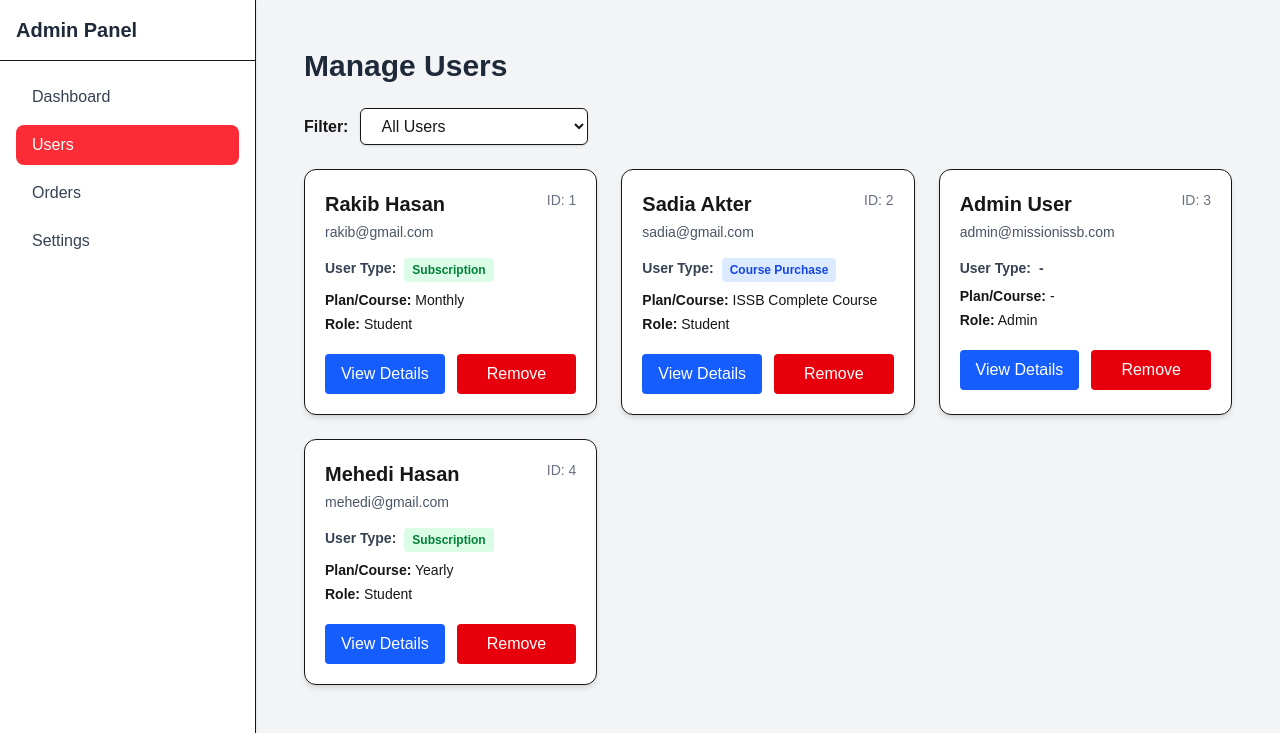
Repository: mdmuhibullahhabib/missionissb
Page: /admin/users
An editor plug-in stored every save of this project. The page is shown before and after the next save, followed by the edit.
The browser window is 1280 px wide. The pictures show the whole page.
The project was rebuilt for these pictures with package versions that can differ from the ones it lists, and the page was loaded fresh each time. The framework's server and built-in components were replaced by stand-ins that run in the browser. Also part of the build but not shown: next.config.mjs, components/shared/Footer.jsx, components/user/UserDrawerMenu.jsx, components/shared/Navbar.jsx.

Above is the page before, as saved 2025-12-09 23:31:52.

### app/layout.js
import { Geist, Geist_Mono } from 'next/font/google'
import './globals.css'
import Footer from '@/components/shared/Footer'
import Navbar from '@/components/shared/Navbar'
import NextAuthProvider from './providers/NextAuthProvider'
import LayoutWrapper from '@/components/LayoutWrapper'

const geistSans = Geist({
  variable: '--font-geist-sans',
  subsets: ['latin']
})

const geistMono = Geist_Mono({
  variable: '--font-geist-mono',
  subsets: ['latin']
})

export const metadata = {
  title: 'Mission ISSB',
  description: 'Generated by create next app'
}

export default function RootLayout({ children }) {
  return (
    <html lang='en' suppressHydrationWarning={true}>
      <body
        className={`${geistSans.variable} ${geistMono.variable} antialiased`}
      >
        <NextAuthProvider>

                    <LayoutWrapper>{children}</LayoutWrapper>


          {/* <Navbar />

          {children}

          <Footer /> */}
        </NextAuthProvider>
      </body>
    </html>
  )
}

### app/admin/layout.js
"use client";

import Link from "next/link";
import { usePathname } from "next/navigation";

export default function AdminLayout({ children }) {
  const pathname = usePathname();

  const menuItems = [
    { name: "Dashboard", path: "/admin/dashboard" },
    { name: "Users", path: "/admin/users" },
    { name: "Orders", path: "/admin/orders" },
    { name: "Settings", path: "/admin/settings" },
  ];

  return (
    <div className="flex min-h-screen bg-gray-100">
      {/* Sidebar */}
      <aside className="w-64 bg-white border-r shadow-sm hidden md:block">
        <div className="p-4 border-b">
          <h1 className="text-xl font-bold text-gray-800">Admin Panel</h1>
        </div>
        <nav className="p-4 space-y-2">
          {menuItems.map((item) => (
            <Link
              key={item.path}
              href={item.path}
              className={`block px-4 py-2 rounded-lg font-medium ${
                pathname === item.path
                  ? "bg-red-500 text-white"
                  : "text-gray-700 hover:bg-gray-100"
              }`}
            >
              {item.name}
            </Link>
          ))}
        </nav>
      </aside>

      {/* Main content */}
      <main className="flex-1 p-6">
        {children}
      </main>
    </div>
  );
}

### app/admin/users/page.jsx
"use client";
import React, { useState } from "react";

const ManageUsers = () => {
  // Fake Users
  const usersData = [
    {
      id: 1,
      name: "Rakib Hasan",
      email: "rakib@gmail.com",
      type: "subscription",
      role: "student",
      plan: "Monthly",
    },
    {
      id: 2,
      name: "Sadia Akter",
      email: "sadia@gmail.com",
      type: "course",
      role: "student",
      plan: "ISSB Complete Course",
    },
    {
      id: 3,
      name: "Admin User",
      email: "admin@missionissb.com",
      type: "none",
      role: "admin",
      plan: "-",
    },
    {
      id: 4,
      name: "Mehedi Hasan",
      email: "mehedi@gmail.com",
      type: "subscription",
      role: "student",
      plan: "Yearly",
    },
  ];

  const [filter, setFilter] = useState("all");

  const filteredUsers = usersData.filter((user) => {
    if (filter === "all") return true;
    if (filter === "subscription") return user.type === "subscription";
    if (filter === "course") return user.type === "course";
    if (filter === "student") return user.role === "student";
    return true;
  });

  return (
    <div className="p-6">
      <h1 className="text-3xl font-extrabold mb-6 text-gray-800">
        Manage Users
      </h1>

      {/* Filter Dropdown */}
      <div className="mb-6 flex items-center gap-3">
        <label className="font-semibold">Filter:</label>
        <select
          className="border px-4 py-2 rounded-md shadow-sm bg-white focus:ring-2 focus:ring-blue-500"
          value={filter}
          onChange={(e) => setFilter(e.target.value)}
        >
          <option value="all">All Users</option>
          <option value="subscription">Subscription Based</option>
          <option value="course">Course Purchase Based</option>
          <option value="student">Only Students</option>
        </select>
      </div>

      {/* USERS GRID (NO TABLE) */}
      <div className="grid grid-cols-1 sm:grid-cols-2 lg:grid-cols-3 gap-6">
        {filteredUsers.map((user) => (
          <div
            key={user.id}
            className="border rounded-xl bg-white shadow-md p-5 hover:shadow-lg transition-all"
          >
            <div className="flex justify-between items-start">
              <h2 className="text-xl font-bold">{user.name}</h2>
              <span className="text-sm text-gray-500">ID: {user.id}</span>
            </div>

            <p className="text-gray-600 text-sm mt-1">{user.email}</p>

            {/* USER TYPE TAG */}
            <div className="mt-4">
              <p className="text-sm font-semibold text-gray-700 flex gap-2">
                User Type:
                {user.type === "subscription" && (
                  <span className="text-green-700 bg-green-100 px-2 py-1 rounded text-xs font-bold">
                    Subscription
                  </span>
                )}
                {user.type === "course" && (
                  <span className="text-blue-700 bg-blue-100 px-2 py-1 rounded text-xs font-bold">
                    Course Purchase
                  </span>
                )}
                {user.type === "none" && <span>-</span>}
              </p>

              {/* Plan / Course */}
              <p className="text-sm mt-2">
                <span className="font-semibold">Plan/Course:</span> {user.plan}
              </p>

              {/* Role */}
              <p className="text-sm mt-1 capitalize">
                <span className="font-semibold">Role:</span> {user.role}
              </p>
            </div>

            {/* ACTION BUTTONS */}
            <div className="flex gap-3 mt-5">
              <button className="w-full py-2 rounded bg-blue-600 text-white hover:bg-blue-700 transition">
                View Details
              </button>
              <button className="w-full py-2 rounded bg-red-600 text-white hover:bg-red-700 transition">
                Remove
              </button>
            </div>
          </div>
        ))}
      </div>

      {filteredUsers.length === 0 && (
        <p className="text-center mt-8 text-gray-500">
          No users found for this filter.
        </p>
      )}
    </div>
  );
};

export default ManageUsers;

### app/providers/NextAuthProvider.jsx
"use client"
import { SessionProvider } from 'next-auth/react'
import React from 'react'

const NextAuthProvider = ({ children }) => {
    return <SessionProvider>{children}</SessionProvider>
}

export default NextAuthProvider;

### components/LayoutWrapper.jsx
"use client";

import { usePathname } from "next/navigation";
import Navbar from "./shared/Navbar";
import Footer from "./shared/Footer";

export default function LayoutWrapper({ children }) {
  const pathname = usePathname();
  const isAdmin = pathname.startsWith("/admin");
  const isAuth = pathname.startsWith("/auth");

  return (
    <>
      {!isAdmin && !isAuth && <Navbar />}

      <main>{children}</main>

      {!isAdmin && !isAuth && <Footer />}
    </>
  );
}

Loaded but not shown: app/globals.css (common file)

After the next save:
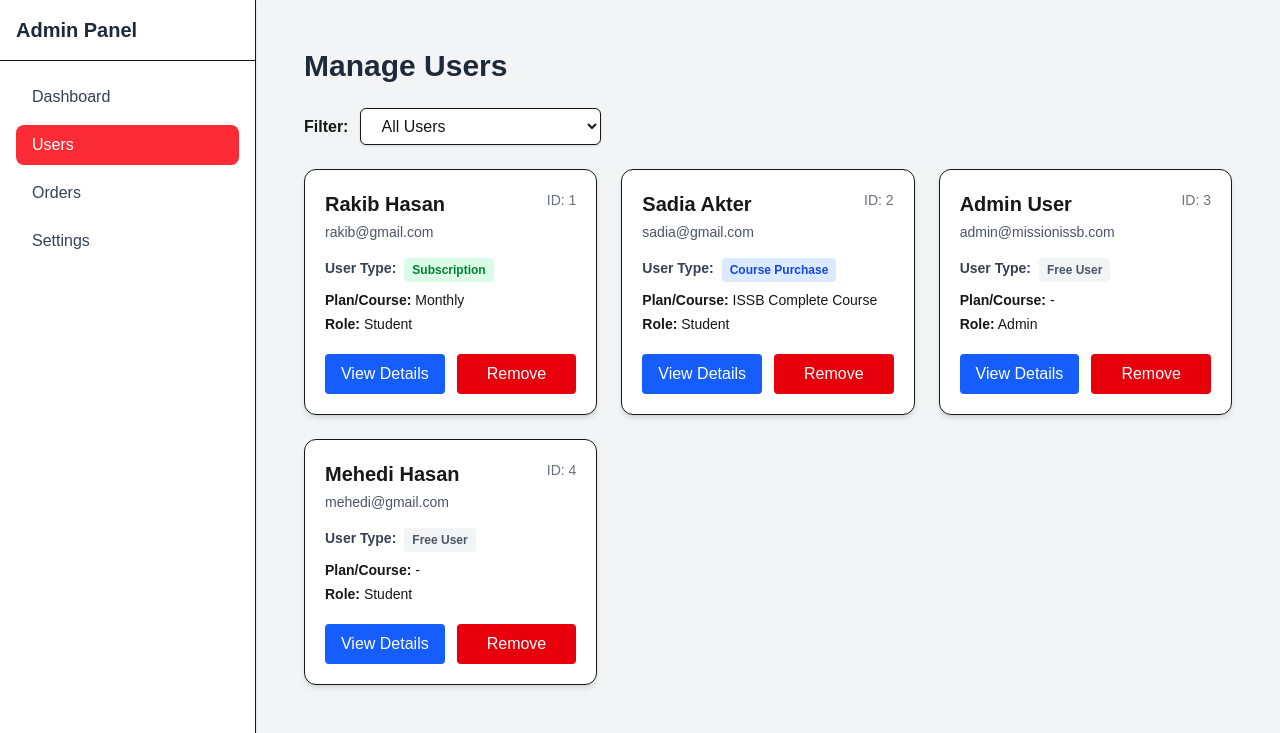
Saved 3 min 21 s later.
--- a/app/admin/users/page.jsx
+++ b/app/admin/users/page.jsx
@@ -32,27 +32,26 @@ const ManageUsers = () => {
       id: 4,
       name: "Mehedi Hasan",
       email: "mehedi@gmail.com",
-      type: "subscription",
+      type: "none",
       role: "student",
-      plan: "Yearly",
+      plan: "-",
     },
   ];
 
   const [filter, setFilter] = useState("all");
 
+  // UPDATED FILTER LOGIC
   const filteredUsers = usersData.filter((user) => {
     if (filter === "all") return true;
     if (filter === "subscription") return user.type === "subscription";
     if (filter === "course") return user.type === "course";
-    if (filter === "student") return user.role === "student";
+    if (filter === "free") return user.type === "none" && user.role === "student";
     return true;
   });
 
   return (
     <div className="p-6">
-      <h1 className="text-3xl font-extrabold mb-6 text-gray-800">
-        Manage Users
-      </h1>
+      <h1 className="text-3xl font-extrabold mb-6 text-gray-800">Manage Users</h1>
 
       {/* Filter Dropdown */}
       <div className="mb-6 flex items-center gap-3">
@@ -65,7 +64,7 @@ const ManageUsers = () => {
           <option value="all">All Users</option>
           <option value="subscription">Subscription Based</option>
           <option value="course">Course Purchase Based</option>
-          <option value="student">Only Students</option>
+          <option value="free">Free Users (No Purchase)</option>
         </select>
       </div>
 
@@ -97,7 +96,11 @@ const ManageUsers = () => {
                     Course Purchase
                   </span>
                 )}
-                {user.type === "none" && <span>-</span>}
+                {user.type === "none" && (
+                  <span className="text-gray-600 bg-gray-100 px-2 py-1 rounded text-xs font-bold">
+                    Free User
+                  </span>
+                )}
               </p>
 
               {/* Plan / Course */}
